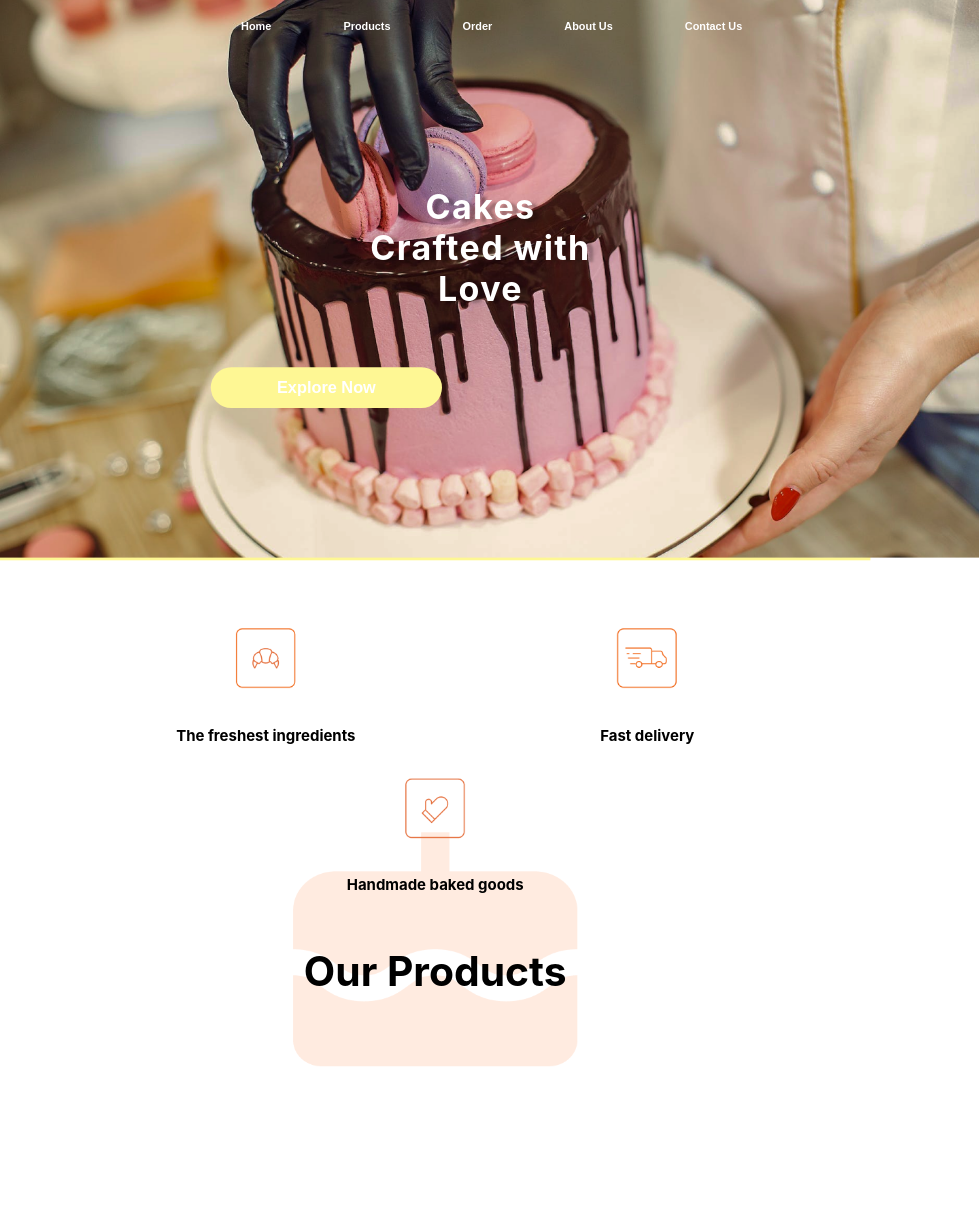
Repository: MEROO1010/cake-box
Page: /
The author's editor kept a copy of each file at every save. The page is drawn from the files as they stood at one save, then again after the next save.
The browser window is 1280 px wide. The page is 1440 px wide, so the pictures cover 1440 px, including what lies to the right of the window. The pictures show the whole page, at 68% of full size.
The project was rebuilt for these pictures with package versions that can differ from the ones it lists, and the page was loaded fresh each time.

Above is the page before, as saved 2023-11-09 12:26:43.

After the next save:
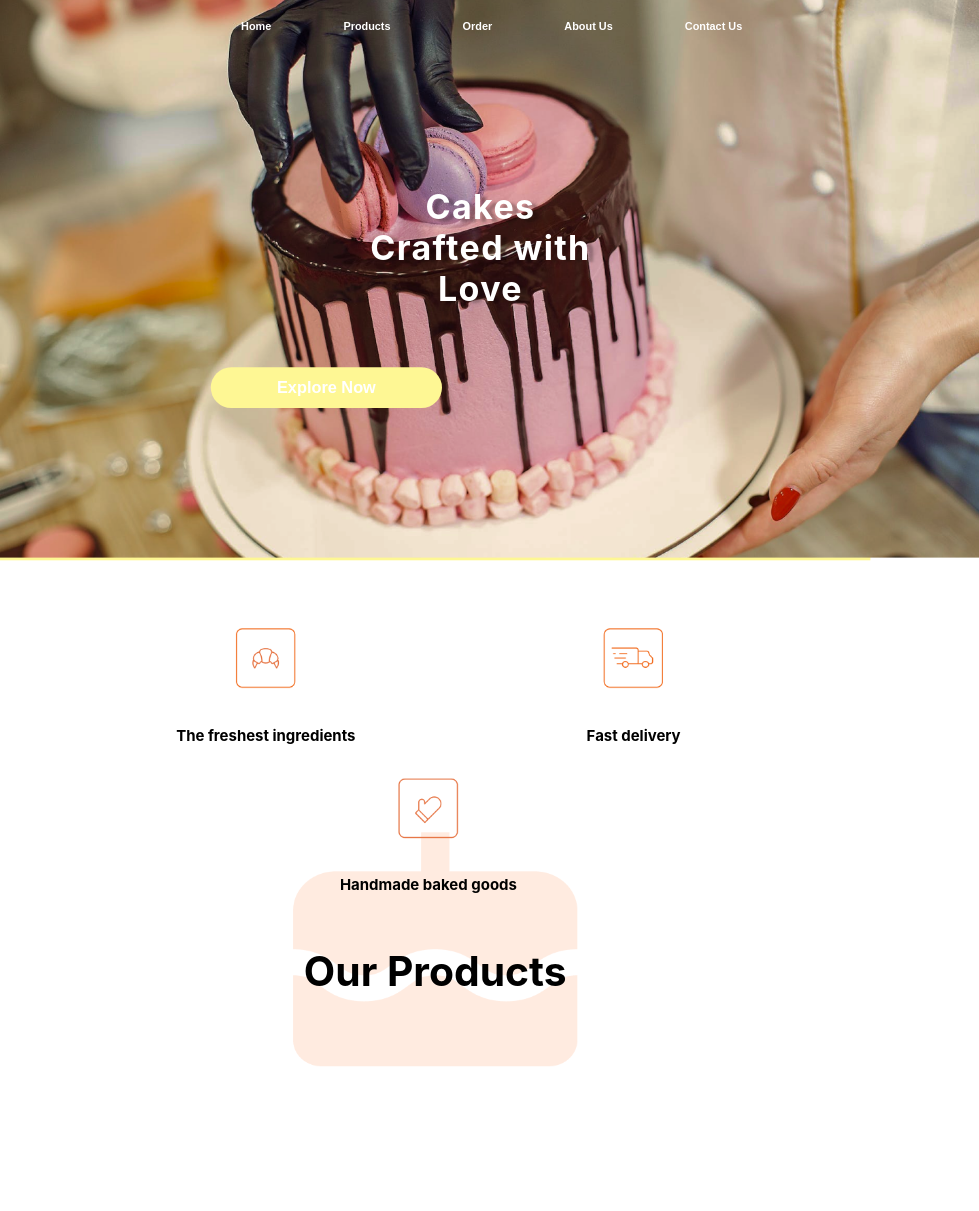
Saved 11 s later.
--- a/src/components/Products.jsx
+++ b/src/components/Products.jsx
@@ -62,7 +62,7 @@
     position:relative;
     list-style: none;
   display: inline-block;
-  margin-left:60px;
+  margin-left:40px;
   padding-left:300px;
   right:200px;
   bottom:400px;

After the save that followed:
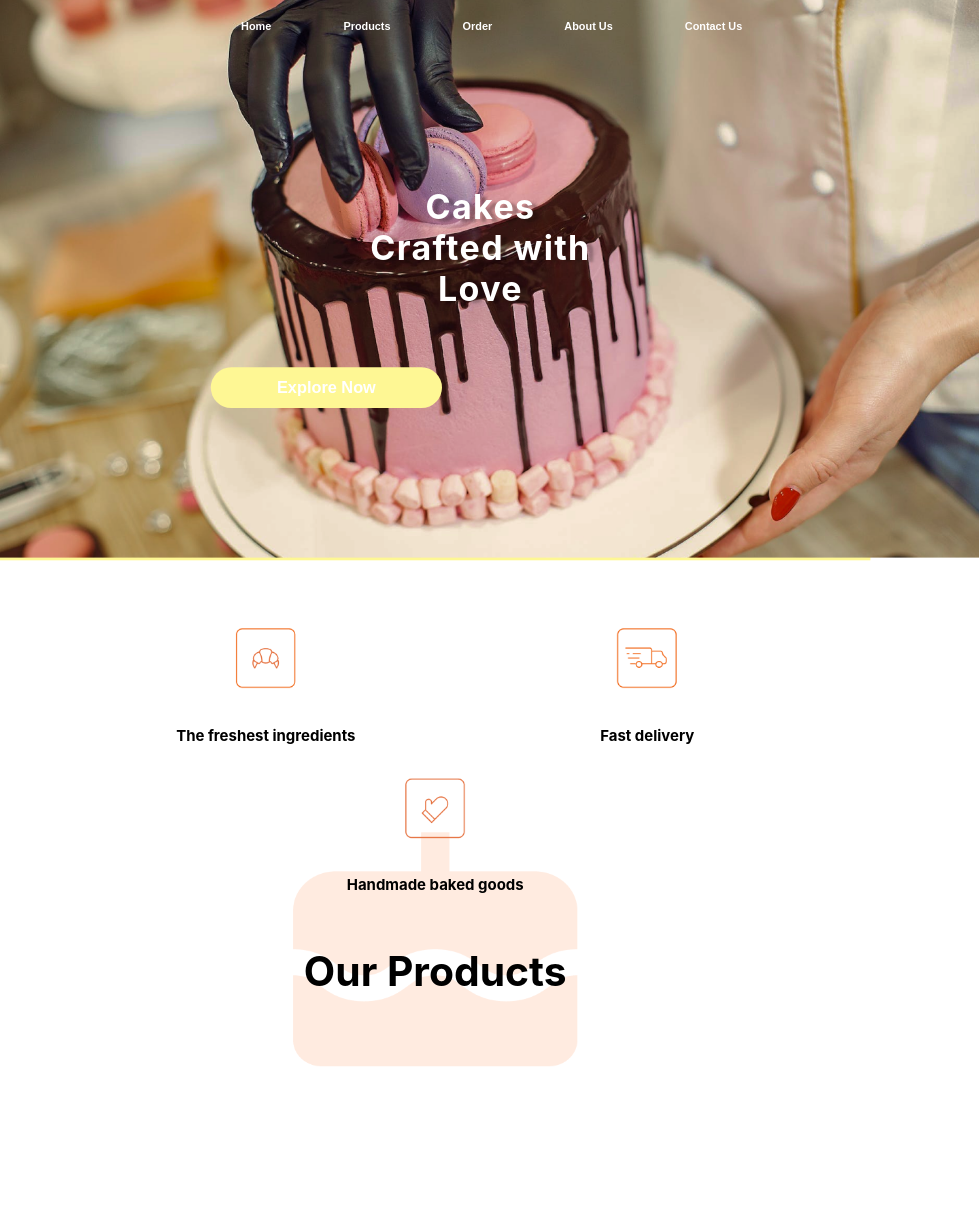
Saved 4 s later.
--- a/src/components/Products.jsx
+++ b/src/components/Products.jsx
@@ -62,7 +62,7 @@
     position:relative;
     list-style: none;
   display: inline-block;
-  margin-left:40px;
+  margin-left:60px;
   padding-left:300px;
   right:200px;
   bottom:400px;
